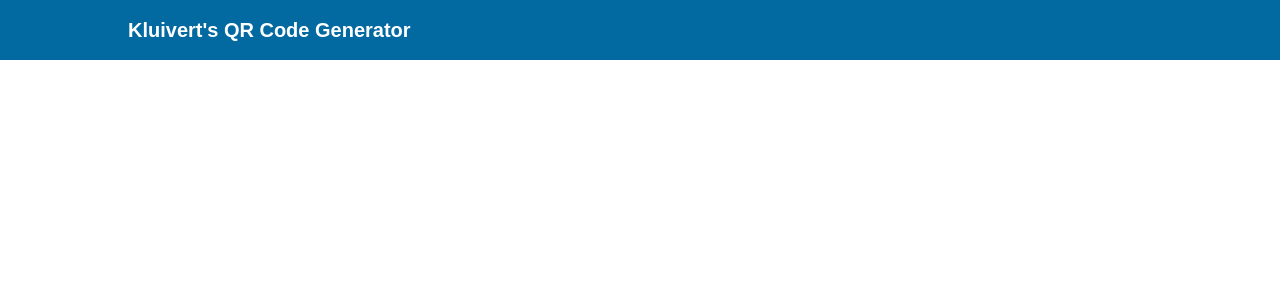
Repository: kluivert-ssali/QRcode-generator
Page: index.html
These files come from the project's save history. The page is drawn as it stood at one moment and after the next save; the edit follows.
The browser window is 1280 px wide. The pictures show the whole page.
Some web libraries are served in a nearby version.

Above is the page before, as saved 2022-09-01 21:52:57.
Not found: js/script.js

After the next save:
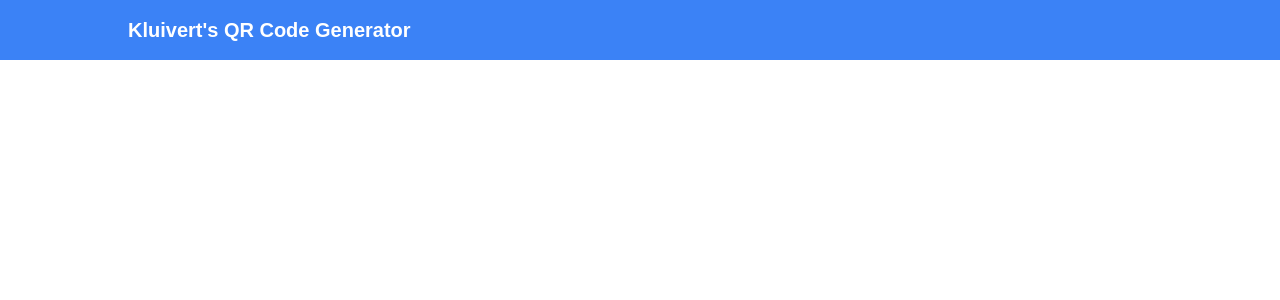
Saved 67 s later.
--- a/index.html
+++ b/index.html
@@ -26,7 +26,7 @@
     <title>QR code Generator</title>
   </head>
   <body>
-    <header class="bg-sky-700 p-4 mb-10">
+    <header class="bg-blue-500 p-4 mb-10">
       <div class="max-w-5xl m-auto">
         <div class="text-xl font-bold text-white">
           Kluivert's QR Code Generator
